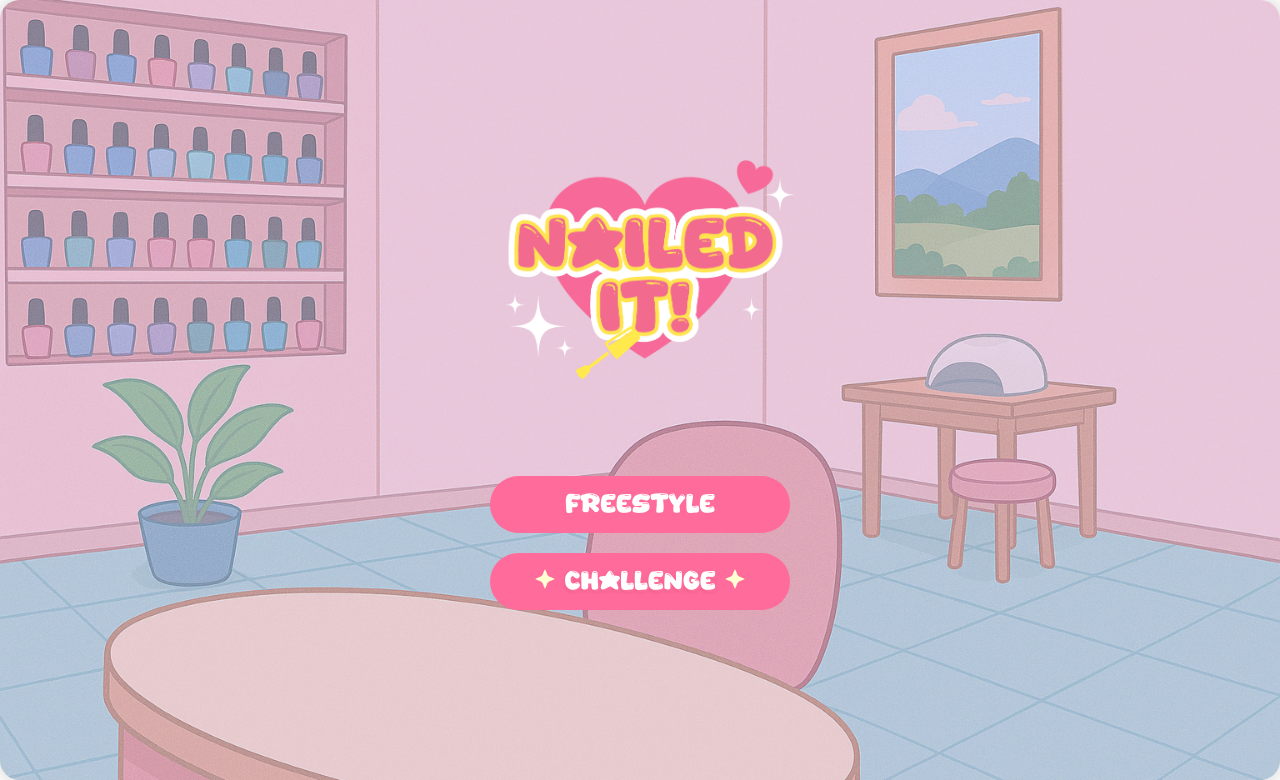
Repository: primcharlin/nailedit
Page: index.html
An editor plug-in stored every save of this project. The page is shown before and after the next save, followed by the edit.
The browser window is 1280 px wide. The pictures show the whole page.

Above is the page before, as saved 2025-05-11 22:22:33.

### index.html
<!DOCTYPE html>
<html lang="en">
    <head>
        <meta charset="UTF-8" />
        <meta
            name="viewport"
            content="width=device-width, initial-scale=1.0" />
        <title>Nail Salon Game</title>
        <link
            rel="stylesheet"
            href="styles.css" />
        <link
            href="https://fonts.googleapis.com/css2?family=Lexend&display=swap"
            rel="stylesheet" />
    </head>
    <body>
        <div id="game-container">
            <!-- Beau Testing -->
            <!-- Main Menu -->
            <div
                id="main-menu"
                class="menu">
                <img
                    src="img/LOGO.png"
                    alt="Nailed It!"
                    class="logo" />
                <button id="freestyle-button">Freestyle</button>
                <button id="challenge-button">
                    <img
                        src="img/star.png"
                        alt="star"
                        class="star-icon left" />
                    <span>CHALLENGE</span>
                    <img
                        src="img/star.png"
                        alt="star"
                        class="star-icon right" />
                </button>
            </div>

            <div
                id="character-selection"
                class="menu"
                style="display: none">
                <img
                    src="img/choose.png"
                    alt="Choose Your Character"
                    class="choose-title" />
                <div class="character-grid">
                    <div
                        class="character-option"
                        data-character="1">
                        <img
                            src="img/Avatar1.png"
                            alt="Character 1" />
                        <p>Emma</p>
                    </div>
                    <div
                        class="character-option"
                        data-character="2">
                        <img
                            src="img/Avatar2.png"
                            alt="Character 2" />
                        <p>Sophia</p>
                    </div>
                    <div
                        class="character-option"
                        data-character="3">
                        <img
                            src="img/Avatar3.png"
                            alt="Character 3" />
                        <p>Olivia</p>
                    </div>
                </div>
                <button id="back-to-mode">Back</button>
            </div>

            <!-- Game Area -->
            <div
                id="game-area"
                class="game-area"
                style="display: none">
                <!-- Character Display -->
                <div id="character-display"></div>

                <!-- Tools Panel will be created dynamically -->
                <div id="tools-panel"></div>

                <div id="hand">
                    <div
                        class="nail"
                        id="nail-1"></div>
                    <div
                        class="nail"
                        id="nail-2"></div>
                    <div
                        class="nail"
                        id="nail-3"></div>
                    <div
                        class="nail"
                        id="nail-4"></div>
                    <div
                        class="nail"
                        id="nail-5"></div>
                </div>

                <!-- Challenge Mode UI -->
                <div id="challenge-ui">
                    <h2>Reference Design</h2>
                    <div id="reference-image">
                        <div
                            class="reference-nail"
                            id="ref-nail-1"></div>
                        <div
                            class="reference-nail"
                            id="ref-nail-2"></div>
                        <div
                            class="reference-nail"
                            id="ref-nail-3"></div>
                        <div
                            class="reference-nail"
                            id="ref-nail-4"></div>
                        <div
                            class="reference-nail"
                            id="ref-nail-5"></div>
                    </div>
                    <div id="timer">60</div>
                </div>

                <!-- Controls -->
                <div id="controls">
                    <button
                        class="control-button"
                        id="reset-button">
                        Reset
                    </button>
                    <button
                        class="control-button"
                        id="back-button">
                        Main Menu
                    </button>
                    <button
                        class="control-button"
                        id="done-button">
                        Done
                    </button>
                </div>
            </div>

            <!-- Blur Overlay -->
            <div id="modal-blur-overlay"></div>

            <!-- Result Modal -->
            <div id="result-modal">
                <h2 id="result-title">Challenge Complete!</h2>
                <p id="result-message">You scored 85% match. Great job!</p>
                <div id="result-buttons">
                    <button
                        class="control-button"
                        id="try-again-button">
                        Try Again
                    </button>
                    <button
                        class="control-button"
                        id="menu-button">
                        Main Menu
                    </button>
                </div>
            </div>

            <!-- Freestyle Result Modal -->
            <div
                id="freestyle-modal"
                style="display: none">
                <h2 id="freestyle-title">Your Creation!</h2>
                <div id="freestyle-preview"></div>
                <button
                    id="save-freestyle-btn"
                    class="control-button">
                    Save Image
                </button>
                <button
                    id="close-freestyle-btn"
                    class="control-button">
                    Close
                </button>
            </div>
        </div>

        <script src="script.js"></script>
        <script src="https://cdn.jsdelivr.net/npm/html2canvas@1.4.1/dist/html2canvas.min.js"></script>
    </body>
</html>

Loaded but not shown: script.js (1620 lines, source omitted); styles.css (1137 lines, source omitted)

After the next save:
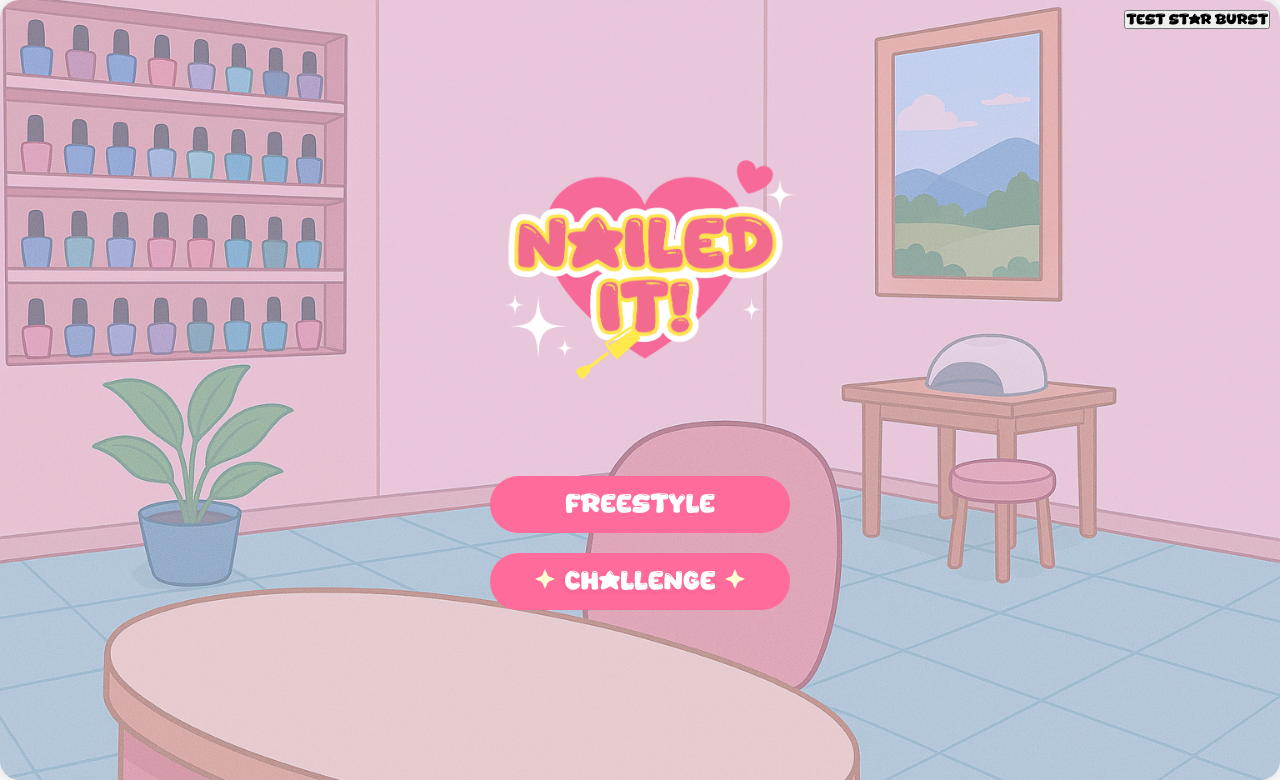
Saved 2 min 32 s later.
--- a/index.html
+++ b/index.html
@@ -185,6 +185,9 @@
                     Close
                 </button>
             </div>
+
+            <!-- Manual Star Burst Test Button (for debugging) -->
+            <button id="star-burst-test-btn" style="position: absolute; top: 10px; right: 10px; z-index: 10000;">Test Star Burst</button>
         </div>
 
         <script src="script.js"></script>
